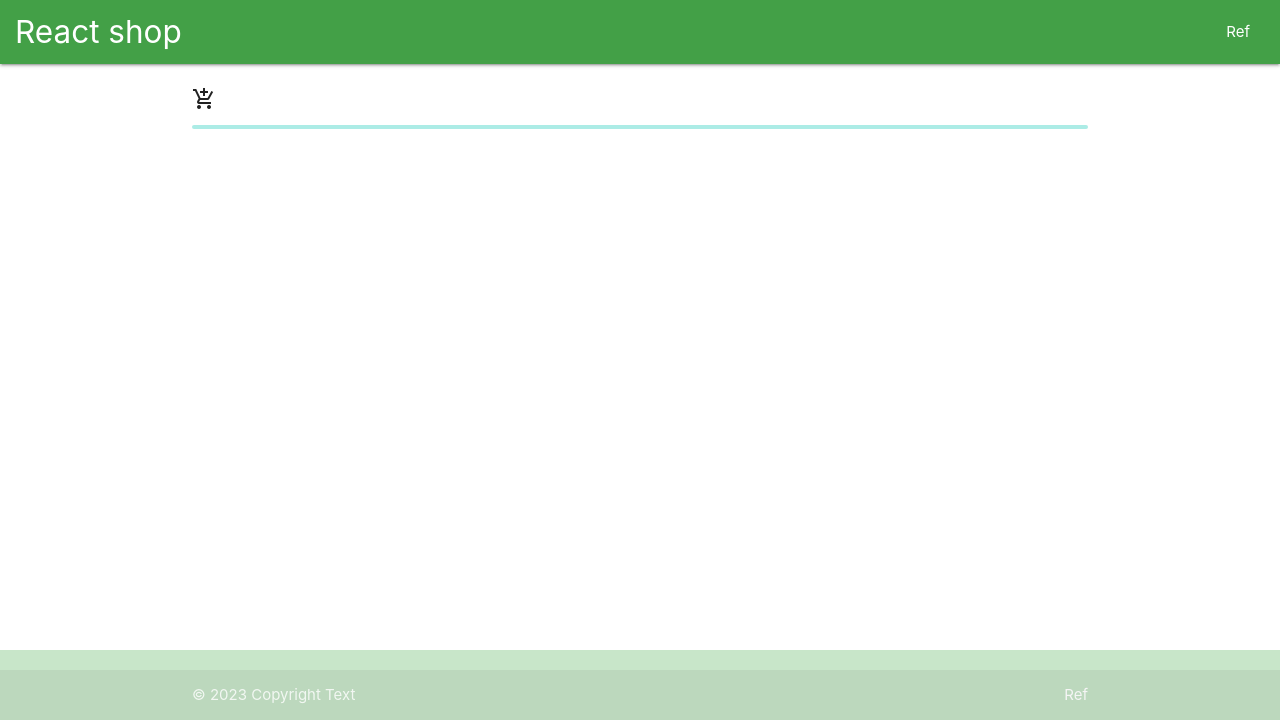
Repository: qui-qui-qui/online-shop
Page: /
The author's editor kept a copy of each file at every save. The page is drawn from the files as they stood at one save, then again after the next save.
The browser window is 1280 px wide. The pictures show the whole page.
The page's requests for data from a server got no answer. The project was rebuilt for these pictures with package versions that can differ from the ones it lists, and the page was loaded fresh each time. No one was signed in, and anything a server would have sent is missing. Also part of the build but not shown: src/components/GoodsItem.jsx, src/components/GoodsList.jsx.

Above is the page before, as saved 2023-01-04 19:04:35.

After the next save:
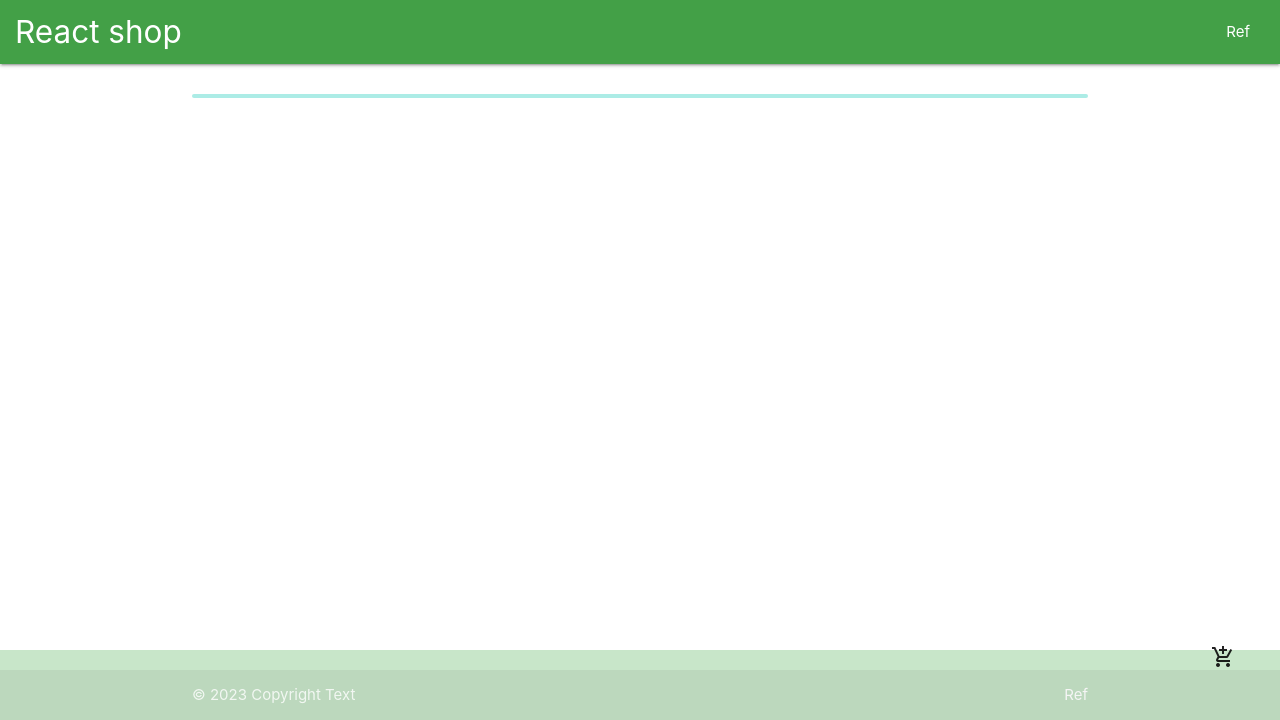
Saved 50 s later.
--- a/src/index.css
+++ b/src/index.css
@@ -31,3 +31,13 @@ nav {
 .card-content {
   flex-grow: 1;
 }
+
+.cart {
+  position: fixed;
+  bottom: 2rem;
+  right: 2rem;
+
+  cursor: pointer;
+  z-index: 5;
+  padding: 1rem;
+}
